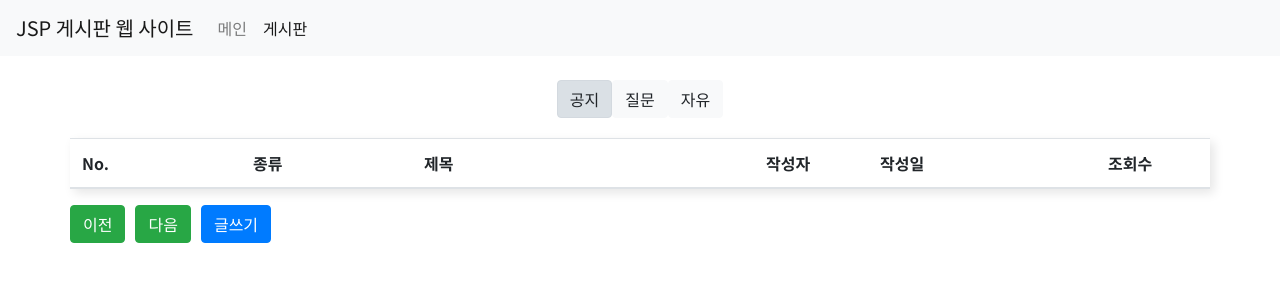
Repository: hz6450/2024-summer-jsp-notice-project
Page: http://localhost/BBS/BBS-FREE.jsp
An editor plug-in stored every save of this project. The page is shown before and after the next save, followed by the edit.
The browser window is 1280 px wide. The pictures show the whole page.
Some web fonts or font styles are not loaded; a fallback is used. Some web libraries are served in a nearby version. The page is served by Tomcat 10. Other server files are loaded and not shown. Queries for data that is not in the repository find no rows.

Above is the page before, as saved 2024-07-16 04:39:36.

### projects/BBS/src/main/webapp/BBS-FREE.jsp
<%@ page language="java" contentType="text/html; charset=UTF-8"
    pageEncoding="UTF-8"%>
<%@ page import="java.io.PrintWriter"%>
<%@ page import="bbs.BbsDAO"%>
<%@ page import="bbs.Bbs"%>
<%@ page import="java.util.ArrayList"%>
<!DOCTYPE html>
<html>
<link rel="stylesheet" href="css/custom-font.css">
<head>
<meta charset="UTF-8">
<meta name="viewport" content="width=device-width, initial-scale=1">
<title>JSP 게시판 웹 사이트</title>
<link rel="stylesheet"
    href="https://stackpath.bootstrapcdn.com/bootstrap/4.5.2/css/bootstrap.min.css">
<style type="text/css">
/* Custom CSS styles can go here */
#bbs-table {
    box-shadow: 4px 4px 10px rgba(0, 0, 0, 0.1);
}

#bbs-table th, #bbs-table td {
    vertical-align: middle;
}

.btn-arrow-left {
    margin-right: 10px;
}

/* Custom style for button container */
.btn-container {
    display: flex;
    justify-content: center; /* Center align buttons */
    margin-bottom: 20px; /* Add bottom margin for spacing */
}
</style>
</head>

<body>
    <%
    String userID = null;
    if (session.getAttribute("userID") != null) {
        userID = (String) session.getAttribute("userID");

    }
    int pageNumber = 1;
    if (request.getParameter("pageNumber") != null) {
        pageNumber = Integer.parseInt(request.getParameter("pageNumber"));
    }
    %>

    <nav class="navbar navbar-expand-lg navbar-light bg-light">
        <a class="navbar-brand" href="main.jsp">JSP 게시판 웹 사이트</a>
        <button class="navbar-toggler" type="button" data-toggle="collapse"
            data-target="#bs-example-navbar-collapse-1"
            aria-controls="bs-example-navbar-collapse-1" aria-expanded="false"
            aria-label="Toggle navigation">
            <span class="navbar-toggler-icon"></span>
        </button>

        <div class="collapse navbar-collapse"
            id="bs-example-navbar-collapse-1">
            <ul class="navbar-nav mr-auto">
                <li class="nav-item"><a class="nav-link" href="main.jsp">메인</a>
                </li>
                <li class="nav-item active"><a class="nav-link" href="BBS.jsp">게시판</a>
                </li>
            </ul>
        </div>
    </nav>

    <div class="container mt-4">

        <div class="btn-container">
            <button type="button" class="btn btn-light active" onclick="location.href='BBS.jsp'">공지</button>
            <button type="button" class="btn btn-light" onclick="location.href='BBS-QUESTION.jsp'">질문</button>
            <button type="button" class="btn btn-light" onclick="location.href='BBS-FREE.jsp'">자유</button>
        </div>

        <div class="row">
            <table class="table table-striped" id="bbs-table">
                <thead>
                    <tr>
                        <th scope="col" style="width: 15%">No.</th>
                        <th scope="col" style="width: 15%">종류</th>
                        <th scope="col" style="width: 30%">제목</th>
                        <th scope="col" style="width: 10%">작성자</th>
                        <th scope="col" style="width: 20%">작성일</th>
                        <th scope="col">조회수</th>
                    </tr>
                </thead>
                <tbody>
                    <%
                    BbsDAO bbsDAO = new BbsDAO();
                    ArrayList<Bbs> list = bbsDAO.getList(pageNumber);
                    for (int i = 0; i < list.size(); i++) {
                    %>
                    <tr>
                        <td><%=list.get(i).getBbsId()%></td>
                        <td><%=list.get(i).getBbsCategory()%></td>
                        <td><a href="view.jsp?bbsID=<%=list.get(i).getBbsId()%>"><%=list.get(i).getBbsTitle()%></a></td>
                        <td><%=list.get(i).getUserID()%></td>
                        <td><%=list.get(i).getBbsDate().substring(0, 16).replace(" ", "<br>")%></td>
                        <td><%=list.get(i).getBbsView()%></td>
                    </tr>
                    <%
                    }
                    %>
                </tbody>
            </table>

            <div class="d-flex justify-content-between align-items-center">
                <a href="BBS.jsp?pageNumber=<%=pageNumber - 1%>"
                    class="btn btn-success btn-arrow-left">이전</a> <a
                    href="BBS.jsp?pageNumber=<%=pageNumber + 1%>"
                    class="btn btn-success btn-arrow-left">다음</a> <a href="write.jsp"
                    class="btn btn-primary">글쓰기</a>
            </div>
        </div>
    </div>

    <script src="https://code.jquery.com/jquery-3.5.1.slim.min.js"></script>
    <script
        src="https://cdn.jsdelivr.net/npm/@popperjs/core@1.16.1/dist/umd/popper.min.js"></script>
    <script
        src="https://stackpath.bootstrapcdn.com/bootstrap/4.5.2/js/bootstrap.min.js"></script>
</body>

</html>

### projects/BBS/src/main/java/bbs/BbsDAO.java
package bbs;

import java.sql.Connection;
import java.sql.DriverManager;
import java.sql.PreparedStatement;
import java.sql.ResultSet;
import java.util.ArrayList;

public class BbsDAO {

	private Connection conn;
	private ResultSet rs;

	public BbsDAO() {
		try {
			String dbURL = "jdbc:mysql://localhost:3306/BBS";
			String dbID = "root";
			String dbPassword = "6450";
			Class.forName("com.mysql.jdbc.Driver");
			conn = DriverManager.getConnection(dbURL, dbID, dbPassword);
		} catch (Exception e) {
			e.printStackTrace();
		}
	}

	public String getDate() {
		String SQL = "SELECT NOW()";
		try {
			PreparedStatement pstmt = conn.prepareStatement(SQL);
			rs = pstmt.executeQuery();
			if (rs.next()) {
				return rs.getString(1);
			}
		} catch (Exception e) {
			e.printStackTrace();
		}
		return "";
	}

	public int getNext() {
		String SQL = "SELECT bbsID FROM BBS ORDER BY bbsID DESC";
		try {
			PreparedStatement pstmt = conn.prepareStatement(SQL);
			rs = pstmt.executeQuery();
			if (rs.next()) {
				return rs.getInt(1) + 1;
			}
		} catch (Exception e) {
			e.printStackTrace();
		}
		return 1;
	}

	public int write(String bbsTitle, String userID, String bbsContent, String bbsCategory) {
		String SQL = "INSERT INTO BBS VALUE(?,?,?,?,?,?,?,?)";
		try {
			PreparedStatement pstmt = conn.prepareStatement(SQL);

			pstmt.setInt(1, getNext());
			pstmt.setString(2, bbsTitle);
			pstmt.setString(3, userID);
			pstmt.setString(4, getDate());
			pstmt.setString(5, bbsContent);
			pstmt.setInt(6, 1);
			pstmt.setInt(7, 0);
			pstmt.setString(8, bbsCategory);
			return pstmt.executeUpdate();
		} catch (Exception e) {
			e.printStackTrace();
		}
		return -1;
	}

	public ArrayList<Bbs> getList(int pageNumber) {
		String SQL = "SELECT * From BBS WHERE bbsID < ? AND bbsAvailable = 1 ORDER BY bbsID DESC LIMIT 5";
		ArrayList<Bbs> list = new ArrayList<Bbs>();
		try {
			PreparedStatement pstmt = conn.prepareStatement(SQL);
			pstmt.setInt(1, getNext() - (pageNumber - 1) * 5);
			rs = pstmt.executeQuery();
			while (rs.next()) {
				Bbs bbs = new Bbs();
				bbs.setBbsId(rs.getInt(1));
				bbs.setBbsTitle(rs.getString(2));
				bbs.setUserID(rs.getString(3));
				bbs.setBbsDate(rs.getString(4));
				bbs.setBbsContent(rs.getString(5));
				bbs.setBbsAvailable(rs.getInt(6));
				bbs.setBbsView(rs.getInt(7));
				bbs.setBbsCategory(rs.getString(8));
				list.add(bbs);
			}
		} catch (Exception e) {
			e.printStackTrace();
		}
		return list;
	}

	public boolean nextPage(int pageNumber) {
		String SQL = "SELECT * From BBS WHERE bbsAvailable = 1 ORDER BY bbsID DESC LIMIT 20";
		try {
			PreparedStatement pstmt = conn.prepareStatement(SQL);
			pstmt.setInt(1, getNext() - (pageNumber - 1) * 5);
			rs = pstmt.executeQuery();
			if (rs.next()) {
				return true;
			}
		} catch (Exception e) {
			e.printStackTrace();
		}
		return false;
	}

	public Bbs getBbs(int bbsID) {
		String SQL = "SELECT * FROM BBS WHERE bbsID = ?";
		try {
			PreparedStatement pstmt = conn.prepareStatement(SQL);
			pstmt.setInt(1, bbsID);
			rs = pstmt.executeQuery();
			if (rs.next()) {
				Bbs bbs = new Bbs();
				bbs.setBbsId(rs.getInt(1));
				bbs.setBbsTitle(rs.getString(2));
				bbs.setUserID(rs.getString(3));
				bbs.setBbsDate(rs.getString(4));
				bbs.setBbsContent(rs.getString(5));
				bbs.setBbsAvailable(rs.getInt(6));
				int bbsView = rs.getInt(7);
				bbs.setBbsCategory(rs.getString(8));
				bbs.setBbsView(bbsView);
				bbsView = bbsView + 1;
				countUpdate(bbsView, bbsID);
				return bbs;
			}
		} catch (Exception e) {
			e.printStackTrace();
		}
		return null;
	}

	public int countUpdate(int bbsCount, int bbsID) {
		String SQL = "update bbs set bbsViews = ? where bbsID = ?";
		try {
			PreparedStatement pstmt = conn.prepareStatement(SQL);
			pstmt.setInt(1, bbsCount);// 물음표의 순서
			pstmt.setInt(2, bbsID);
			return pstmt.executeUpdate();// insert,delete,update
		} catch (Exception e) {
			e.printStackTrace();
		}
		return -1;// 데이터베이스 오류
	}

	public int update(int bbsID, String bbsTitle, String bbsContent) {
		String SQL = "UPDATE BBS SET bbsTitle = ?, bbsContent= ? WHERE bbsID = ?";
		try {
			PreparedStatement pstmt = conn.prepareStatement(SQL);

			pstmt.setString(1, bbsTitle);
			pstmt.setString(2, bbsContent);
			pstmt.setInt(3, bbsID);

			return pstmt.executeUpdate();
		} catch (Exception e) {
			e.printStackTrace();
		}
		return -1;
	}

	public int delete(int bbsID) {
		String SQL = "DELETE FROM BBS WHERE bbsID = ?";
		try {
			PreparedStatement pstmt = conn.prepareStatement(SQL);
			pstmt.setInt(1, bbsID);

			return pstmt.executeUpdate();
		} catch (Exception e) {
			e.printStackTrace();
		}
		return -1;
	}
}

### projects/BBS/src/main/webapp/css/custom-font.css
@charset "UTF-8";

@import url(http://fonts.googleapis.com/earlyaccess/nanumgothic.css);

@import url(http://fonts.googleapis.com/earlyaccess/hanna.css);

@import url('https://fonts.googleapis.com/css2?family=Noto+Sans+KR:wght@100..900&display=swap');

* {
	font-family: "Noto Sans KR";
}

h1 {
	font-family: "Hanna";
}

After the next save:
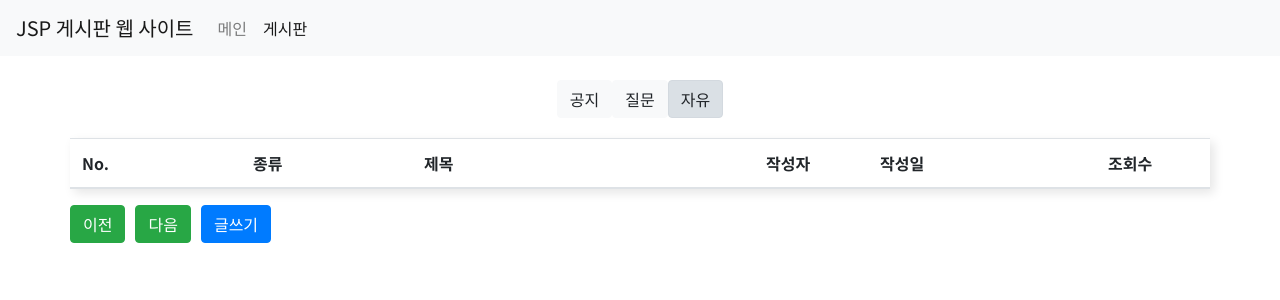
Saved 12 s later.
--- a/projects/BBS/src/main/webapp/BBS-FREE.jsp
+++ b/projects/BBS/src/main/webapp/BBS-FREE.jsp
@@ -72,9 +72,9 @@
     <div class="container mt-4">
 
         <div class="btn-container">
-            <button type="button" class="btn btn-light active" onclick="location.href='BBS.jsp'">공지</button>
+            <button type="button" class="btn btn-light " onclick="location.href='BBS.jsp'">공지</button>
             <button type="button" class="btn btn-light" onclick="location.href='BBS-QUESTION.jsp'">질문</button>
-            <button type="button" class="btn btn-light" onclick="location.href='BBS-FREE.jsp'">자유</button>
+            <button type="button" class="btn btn-light active" onclick="location.href='BBS-FREE.jsp'">자유</button>
         </div>
 
         <div class="row">
